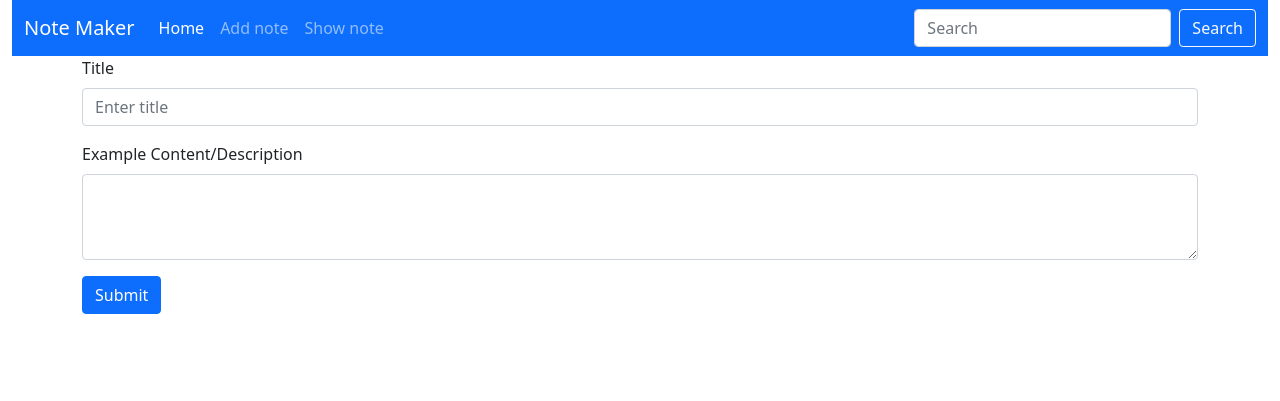
Repository: sachin1830/hibernateproject
Page: http://localhost/com.todolist/add_note.jsp
The author's editor kept a copy of each file at every save. The page is drawn from the files as they stood at one save, then again after the next save.
The browser window is 1280 px wide. The pictures show the whole page.
Some web libraries are served in a nearby version. The page is served by Tomcat 9. Other server files are loaded and not shown.

Above is the page before, as saved 2021-01-22 04:22:30.

### com.todolist/src/main/webapp/add_note.jsp
<%@ page language="java" contentType="text/html; charset=ISO-8859-1"
	pageEncoding="ISO-8859-1"%>
<!DOCTYPE html>
<html>
<head>
<!-- Required meta tags -->
<meta charset="utf-8">
<meta name="viewport" content="width=device-width, initial-scale=1">

<!-- Bootstrap CSS -->
<link
	href="https://cdn.jsdelivr.net/npm/bootstrap@5.0.0-beta1/dist/css/bootstrap.min.css"
	rel="stylesheet"
	integrity="sha384-giJF6kkoqNQ00vy+HMDP7azOuL0xtbfIcaT9wjKHr8RbDVddVHyTfAAsrekwKmP1"
	crossorigin="anonymous">

<title>Add note</title>
</head>
<body>
	<div class="container-fluid">
		<%@include file="navbar.jsp"%>

	</div>
	<div class="container">
		<form>
			<div class="mb-3">
				<label for="title" class="form-label">Title</label> <input
					type="text" class="form-control" id="title"
					placeholder="Enter title">

			</div>
			<div class="mb-3">
				<label for="exampleFormControlTextarea1" class="form-label">Example
					Content/Description</label>
				<textarea class="form-control" id="exampleFormControlTextarea1"
					rows="3"></textarea>
			</div>
			<button type="submit" class="btn btn-primary">Submit</button>
		</form>

	</div>

	<script
		src="https://cdn.jsdelivr.net/npm/bootstrap@5.0.0-beta1/dist/js/bootstrap.bundle.min.js"
		integrity="sha384-ygbV9kiqUc6oa4msXn9868pTtWMgiQaeYH7/t7LECLbyPA2x65Kgf80OJFdroafW"
		crossorigin="anonymous"></script>
	<script
		src="https://cdn.jsdelivr.net/npm/@popperjs/core@2.5.4/dist/umd/popper.min.js"
		integrity="sha384-q2kxQ16AaE6UbzuKqyBE9/u/KzioAlnx2maXQHiDX9d4/zp8Ok3f+M7DPm+Ib6IU"
		crossorigin="anonymous"></script>
	<script
		src="https://cdn.jsdelivr.net/npm/bootstrap@5.0.0-beta1/dist/js/bootstrap.min.js"
		integrity="sha384-pQQkAEnwaBkjpqZ8RU1fF1AKtTcHJwFl3pblpTlHXybJjHpMYo79HY3hIi4NKxyj"
		crossorigin="anonymous"></script>

</body>
</html>

### com.todolist/src/main/webapp/navbar.jsp
<nav class="navbar navbar-expand-lg navbar-dark bg-primary">
  <div class="container-fluid">
    <a class="navbar-brand" href="index.jsp">Note Maker</a>
    <button class="navbar-toggler" type="button" data-bs-toggle="collapse" data-bs-target="#navbarSupportedContent" aria-controls="navbarSupportedContent" aria-expanded="false" aria-label="Toggle navigation">
      <span class="navbar-toggler-icon"></span>
    </button>
    <div class="collapse navbar-collapse" id="navbarSupportedContent">
      <ul class="navbar-nav me-auto mb-2 mb-lg-0">

        <li class="nav-item">
          <a class="nav-link active" aria-current="page" href="index.jsp">Home</a>
        </li>
        <li class="nav-item">
          <a class="nav-link" href="add_note.jsp">Add note </a>
        </li>
         <li class="nav-item">
          <a class="nav-link" href="#">Show note </a>
        </li>

      </ul>
      <form class="d-flex">
        <input class="form-control me-2" type="search" placeholder="Search" aria-label="Search">
        <button class="btn btn-outline-light" type="submit">Search</button>
      </form>
    </div>
  </div>
</nav>

After the next save:
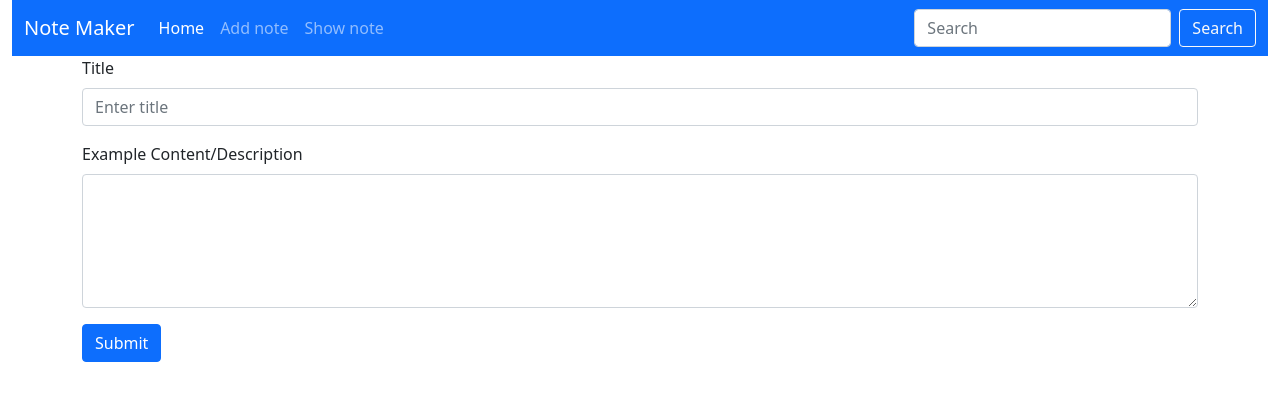
Saved 20 s later.
--- a/com.todolist/src/main/webapp/add_note.jsp
+++ b/com.todolist/src/main/webapp/add_note.jsp
@@ -33,7 +33,7 @@
 				<label for="exampleFormControlTextarea1" class="form-label">Example
 					Content/Description</label>
 				<textarea class="form-control" id="exampleFormControlTextarea1"
-					rows="3"></textarea>
+					rows="5"></textarea>
 			</div>
 			<button type="submit" class="btn btn-primary">Submit</button>
 		</form>
